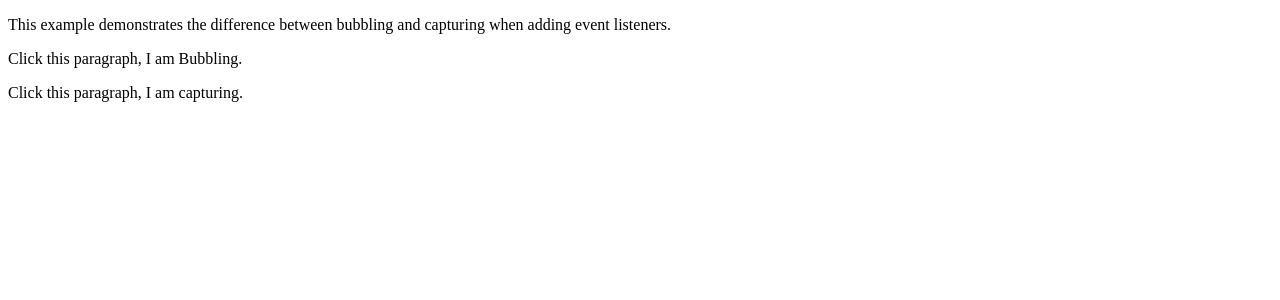
Repository: neem693/workspace
Page: studyhtml5/WebContent/ch05/practice_dom/practice_49.html
The author's editor kept a copy of each file at every save. The page is drawn from the files as they stood at one save, then again after the next save.
The browser window is 1280 px wide. The pictures show the whole page.

Above is the page before, as saved 2018-03-19 08:50:23.

### studyhtml5/WebContent/ch05/practice_dom/practice_49.html
<!DOCTYPE html>
<html>
<head>
<meta charset="UTF-8">
<meta name="viewport"
	content="width=device-width,initial-scale = 1.0" />
<title>Insert title here</title>

<style>
#myDIV {
	background-color: coral;
	border: 1px solid;
	padding: 50px;
	color: white;
}
</style>

</head>
<body>

	<p>This example demonstrates the difference between
		bubbling and capturing when adding event listeners.</p>


	<div id="myDiv">
		<p id="myP">Click this paragraph, I am Bubbling.</p>
	</div>

	<div id="myDiv2">
		<p id="myP2">Click this paragraph, I am capturing.</p>
	</div>

	<script>
        document.getElementById("myP").addEventListener("click", function () {
            alert("You clicked the P element!");
        }, false);
        document.getElementById("myDiv").addEventListener("click", function () {
            alert("You clicked the DIV element");
        }, false);
        document.getElementById("myP2").addEventListener("click", function () {
            alert("You clicked the P element");
        }, true);
        document.getElementById("myDiv2").addEventListener("click",
                function () {
                    alert("You clicked the DIV element");
                }, true);
    </script>







</body>
</html>

After the next save:
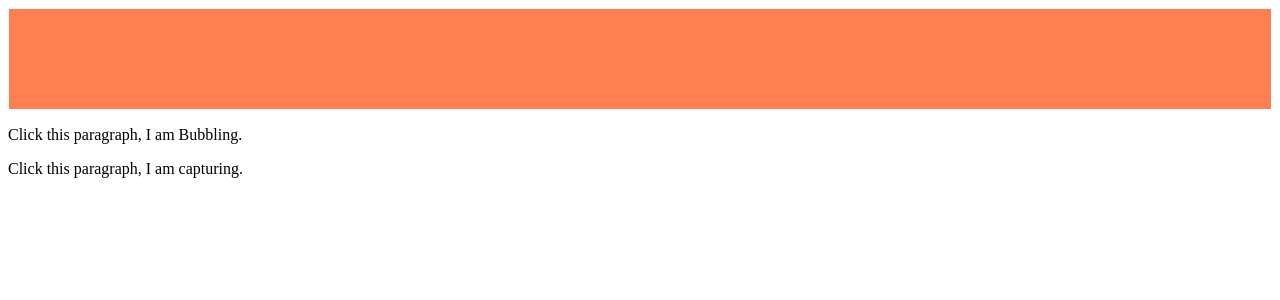
Saved 29 s later.
--- a/studyhtml5/WebContent/ch05/practice_dom/practice_49.html
+++ b/studyhtml5/WebContent/ch05/practice_dom/practice_49.html
@@ -18,9 +18,7 @@
 </head>
 <body>
 
-	<p>This example demonstrates the difference between
-		bubbling and capturing when adding event listeners.</p>
-
+	<div id = "myDIV"></div>
 
 	<div id="myDiv">
 		<p id="myP">Click this paragraph, I am Bubbling.</p>
